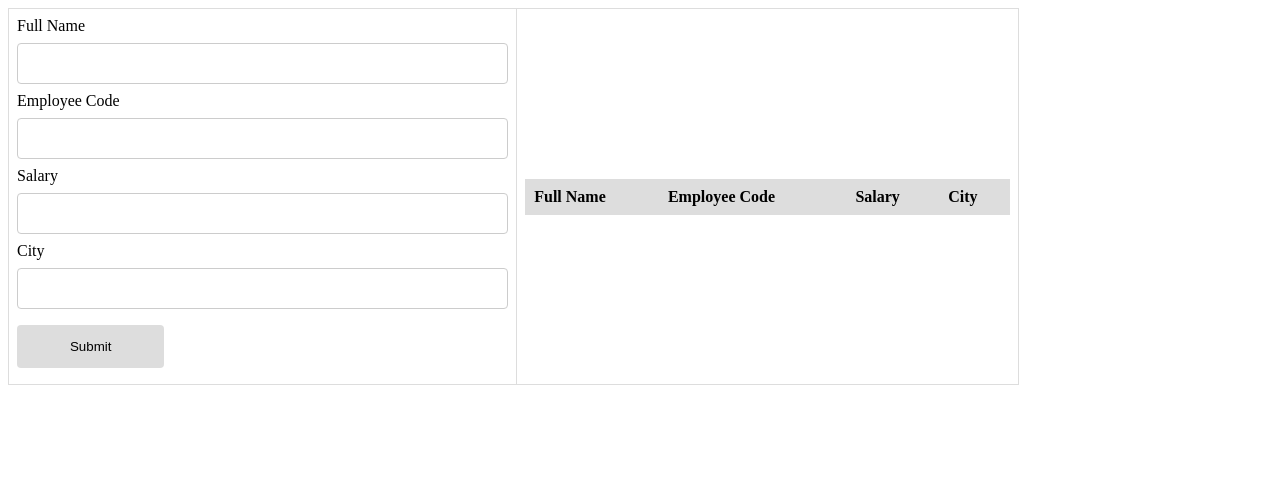
Repository: JohnRudolph1/CRUD-App
Page: index.html
The author's editor kept a copy of each file at every save. The page is drawn from the files as they stood at one save, then again after the next save.
The browser window is 1280 px wide. The pictures show the whole page.

Above is the page before, as saved 2021-12-10 22:33:31.

After the next save:
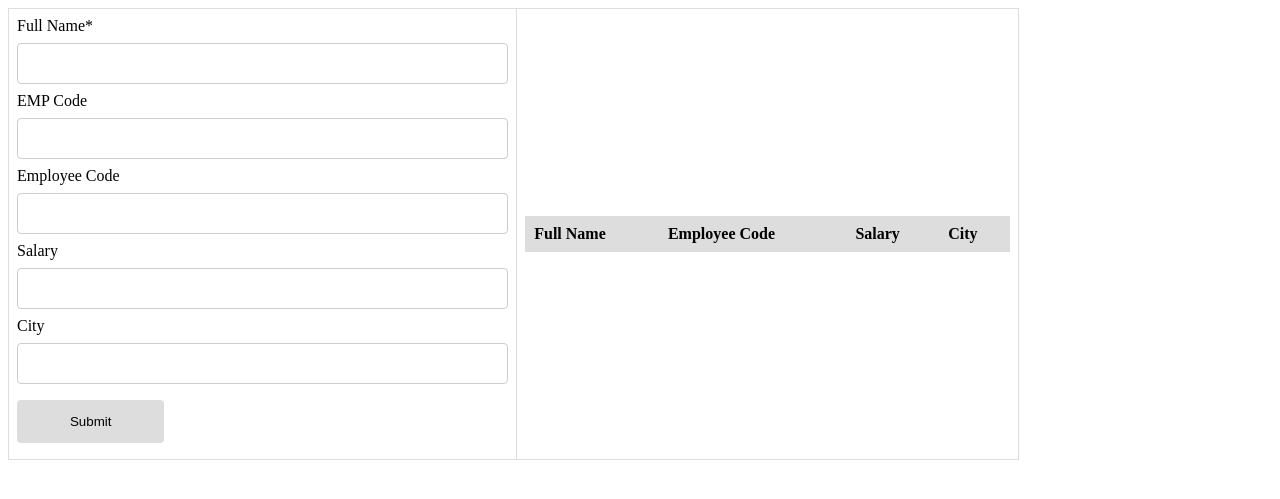
Saved 54 s later.
--- a/index.html
+++ b/index.html
@@ -19,8 +19,12 @@
             <td>
                 <form onsubmit="event.preventDefault();onFormSubmit();" autocomplete="off">
                     <div>
-                        <label>Full Name</label>
+                        <label>Full Name*</label><label class="validation-error hide" id="fullNameValidationError">This field is required.</label>
                         <input type="text" name="fullName" id="fullName">
+                    </div>
+                    <div>
+                        <label>EMP Code</label>
+                        <input type="text" name="empCode" id="empCode">
                     </div>
                     <div>
                         <label>Employee Code</label>
